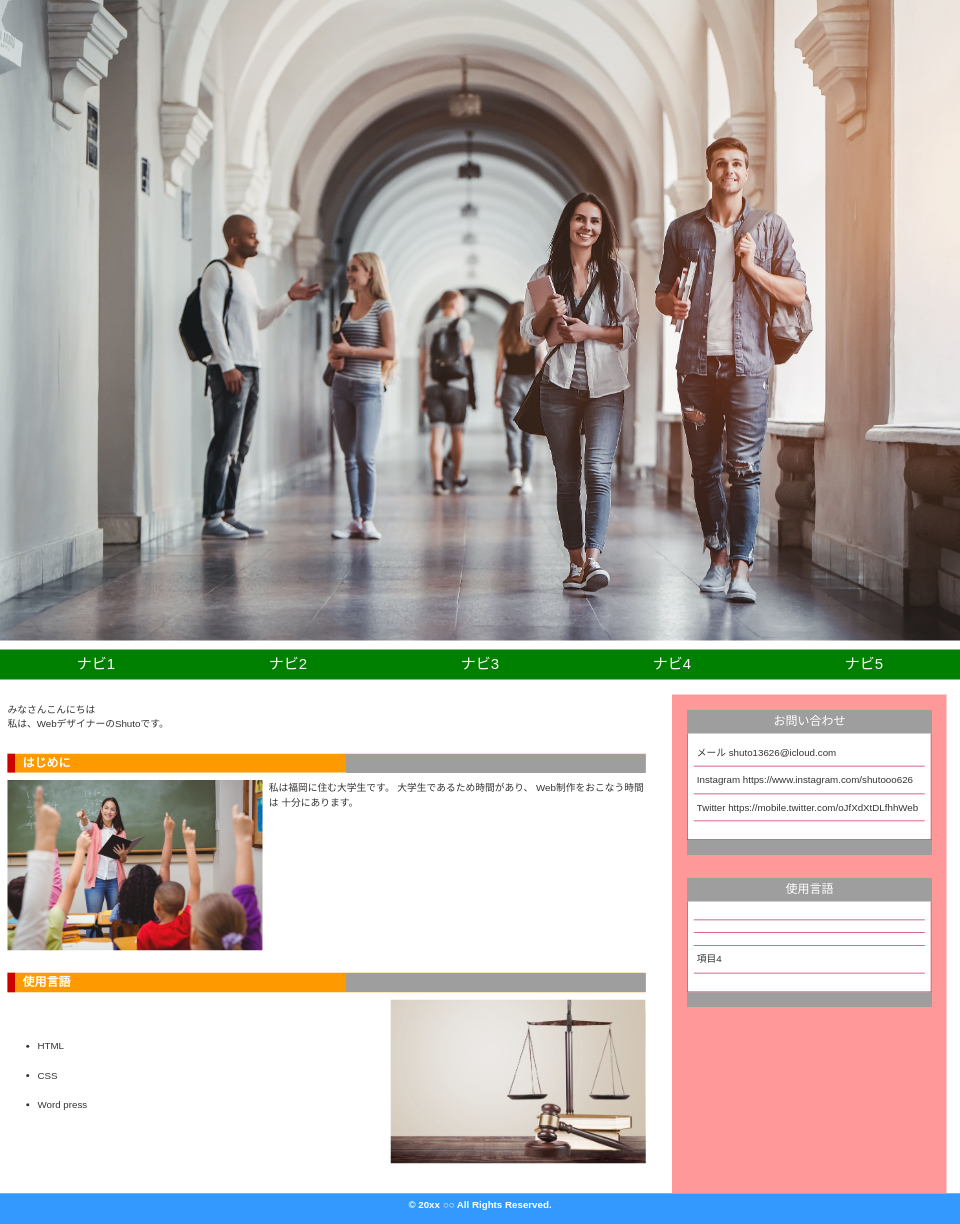
Repository: shuto-nakayama/samurai_HTML-CSS
Page: index7.html
The author's editor kept a record of every edit. The page is drawn from the files as they stood at one moment, then again after the next edit.
The browser window is 1280 px wide. The pictures show the whole page, at 75% of full size.
Pictures or frames that could not be fetched are drawn as grey boxes.

Above is the page before.

### index7.html
<!DOCTYPE html>
<html lang="ja">
    <head>
        <meta charset="UTF-8">
        <title>shutoホームページ</title>
        <link rel="stylesheet" href="stylesheet7.css">
    </head>
    <body>
        <div id="header">
            <h1><a href="index.html"><img id="corridor" src="images/corridor.jpg" alt="大学の廊下" /></a></h1>
        </div>
        <div id="wrapper">
            <div id="nav">
                <ul>
                    <li><a href="home.html">ナビ1</a></li>
                    <li><a href="#">ナビ2</a></li>
                    <li><a href="#">ナビ3</a></li>
                    <li><a href="#">ナビ4</a></li>
                    <li><a href="#">ナビ5</a></li>
                </ul>
            </div>
            <div id="container">
                <div id="main">
                    <div class="post">
                        <p>みなさんこんにちは<br />私は、WebデザイナーのShutoです。</p>
                    </div>
                    <div class="post clearfix">
                        <h2>はじめに</h2>
                        <img class="left" src="images/classroom.jpg" alt="授業風景" />
                        <p>
                           私は福岡に住む大学生です。
                           大学生であるため時間があり、
                           Web制作をおこなう時間は
                           十分にあります。
                        </p>

                    </div>
                    <div class="post clearfix">
                        <h2>使用言語</h2>
                        <img class="right" src="images/scale.jpg" alt="天秤" />
                        <p>
                        　<ul>
                        　   <li>HTML</li>
                        　   <li>CSS</li>
                        　  <li>Word press</li>
                        　</ul>
                        </p>
                    </div>
                </div>
                <div id="side">
                    <div class="box">
                        <h2>お問い合わせ</h2>
                        <div class="boxBody">
                            <ul>
                                <li>メール shuto13626@icloud.com</li>
                                <li>Instagram https://www.instagram.com/shutooo626 </li>
                                <li>Twitter https://mobile.twitter.com/oJfXdXtDLfhhWeb
</li>

                            </ul>
                        </div>
                    </div>
                    <div class="box">
                        <h2>使用言語</h2>
                        <div class="boxBody">
                            <ul>
                                <li></li>
                                <li></li>
                                <li></li>
                                <li>項目4</li>
                            </ul>
                        </div>
                    </div>
                </div>
            </div>
        </div>
        <div id="footer">
            <p>&copy; 20xx ○○ All Rights Reserved.</p>
        </div>
    </body>
</html>

### stylesheet7.css
@charset "utf-8";

body {
	margin: 0;
	padding: 0;
	font-family: "ヒラギノ角ゴ Pro W3", "Hiragino Kaku Gothic Pro", "メイリオ", Meiryo, Osaka, "ＭＳ Ｐゴシック", "MS PGothic", sans-serif;
	color: #333;
	font-size: 13px;
	line-height: 150%;
}

/* -------------------- wrapper -------------------- */
#wrapper {
	width: 100%;
	margin: auto;
	padding: 0px;
	border: 0px;
	background-color: #FFF;
	top: 10px;
	position: relative;
}

/* -------------------- header -------------------- */
#header {
	width: 100%;
}
#header h1 {
	margin: 0;
	padding: 0;
}

#corridor {
	width: 100%;
	height: auto;
}

/* -------------------- footer -------------------- */
#footer {
	clear: both;
	width: 100%;
	padding: 3px 0 3px 0;
	background: #39F;
	color: #FFF;
	font-weight: bold;
	text-align: center;
}

/* -------------------- nav -------------------- */
#nav {
	width: 100%;
}
#nav ul {
	display: flex;
	margin: 0;
	padding: 0;
	list-style-type: none;
}
#nav ul li {
	width: 20%;
	text-align: center;
}
#nav ul li a {
	display: block;
	height: 20px;
	margin: 0;
	padding: 10px;
	color: #FFF;
	font-size: 20px;
	text-decoration: none;
	background-color: green;
}

#nav ul li a:hover {
	filter: drop-shadow(10px 10px 10px black);
}

/* -------------------- container -------------------- */
#container {
	width: 100%;
	margin: auto ;
	padding: auto;
	padding-top: 20px;
	clear: both;
	display: grid;
	grid-template-columns: 70vw 30vw;
}
/* -------------------- main -------------------- */
#main {
	width: 95%;
	padding: 10px 30px 10px 10px;
}
#main h2 {
	margin: 0 0 10px 0;
	padding: 3px 10px 3px 10px;
	color: #FFF;
	font-size: 16px;
	border-left: solid 10px #C00;
	background: #F90 url(../images/main_h2.jpg) right top repeat-y;
}
#main p {
	margin: 0;
	padding: 0;
}
#main .post {
	margin: 0 0 30px 0;
}

#main .post img.right {
	margin: 0 0 0 8px;
}
#main .post img.left {
	margin: 0 8px 0 0;
}

.right {
	float: right;
	width: 40%;
	height: auto;
}
.left {
	float: left;
	width: 40%;
	height: auto;
}

/* -------------------- clearfix -------------------- */
.clearfix {
	zoom: 1;
}
.clearfix:after{
	content: "";
	display: block;
	clear: both;
}

/* -------------------- side -------------------- */
#side {
	width: 85%;
	padding: 20px;
	background-color: #F99;
}
#side .box {
	margin: 0 auto 30px auto;
	padding: 0 0 20px 0;
	background: url(images/side_box.png) bottom no-repeat;
}
#side .box h2 {
	margin: 0;
	padding: 8px;
	text-align: center;
	color: #fff;
	font-size: 16px;
	line-height: 16px;
	font-weight: normal;
	background: url(images/side_box_h2.png) center no-repeat;
}
#side .box .boxBody {
	padding: 8px;
	border-right: solid 1px #C36;
	border-bottom: solid 1px #C36;
	border-left: solid 1px #C36;
	background: #fff;
}
#side .box .boxBody ul {
	margin: 0 0 16px 0;
	padding: 0;
}
#side .box .boxBody ul li {
	padding: 8px 0 8px 4px;
	list-style: none;
	border-bottom: solid 1px #C36;
}

#side .box .boxBody ul li:hover {
	padding: 8px 0 8px 4px;
	list-style: none;
	border-bottom: solid 1px #C36;
	box-shadow: 0px 4px 4px rgba(0, 0, 0, 0.3);
}

After the next edit:
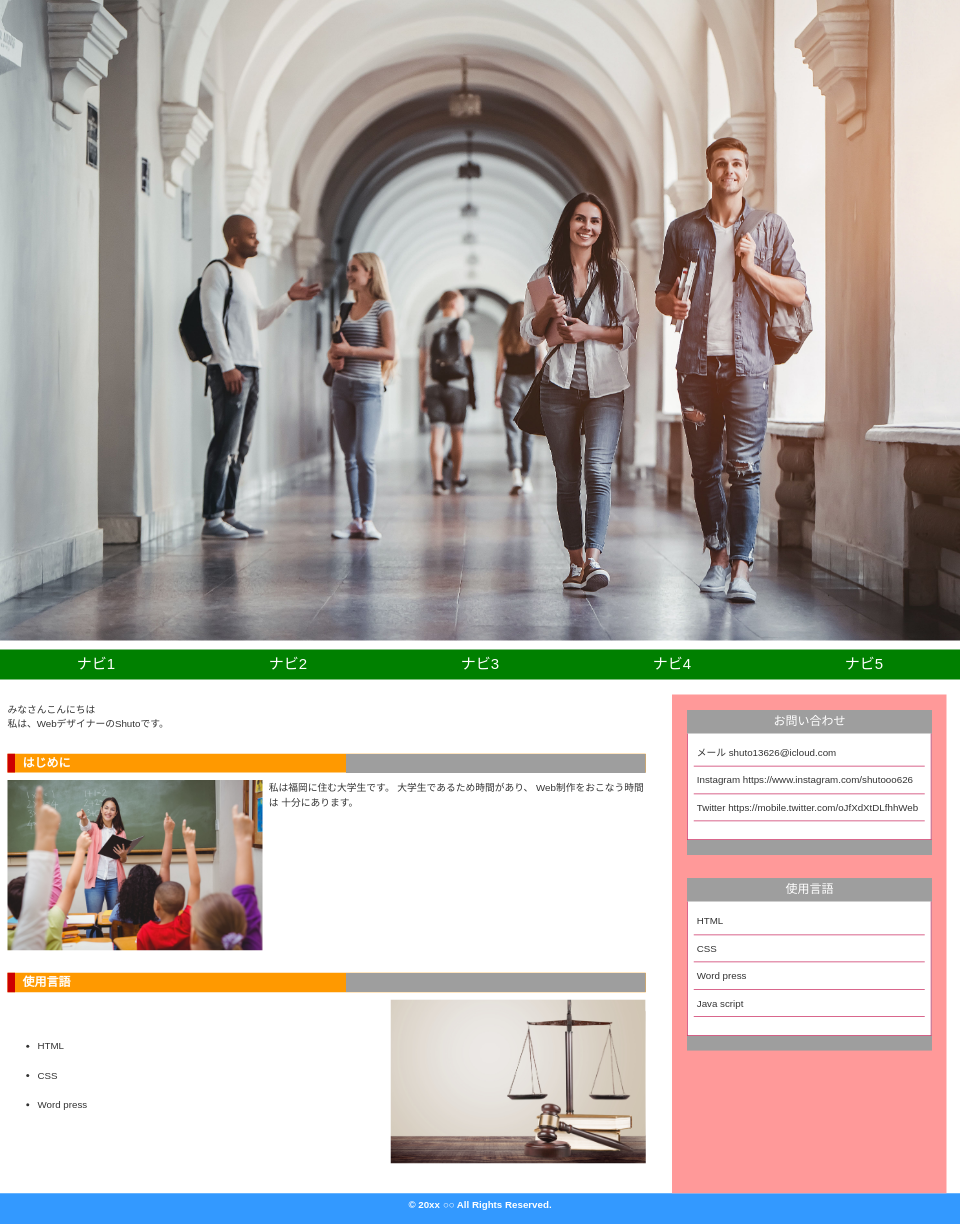
The edit:
--- a/index7.html
+++ b/index7.html
@@ -64,10 +64,10 @@
                         <h2>使用言語</h2>
                         <div class="boxBody">
                             <ul>
-                                <li></li>
-                                <li></li>
-                                <li></li>
-                                <li>項目4</li>
+                                <li>HTML</li>
+                                <li>CSS</li>
+                                <li>Word press</li>
+                                <li>Java script</li>
                             </ul>
                         </div>
                     </div>
